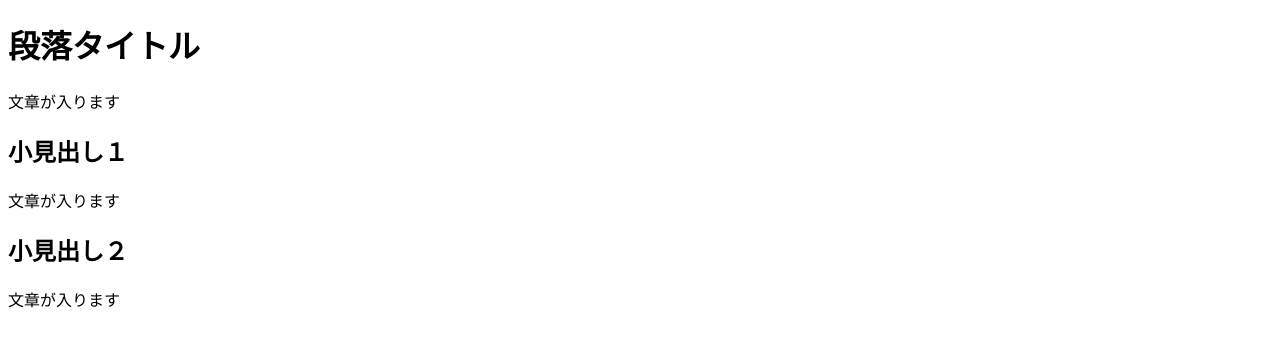
Repository: kaiono89/samurai_HTML-CSS
Page: index.html
The author's editor kept a record of every edit. The page is drawn from the files as they stood at one moment, then again after the next edit.
The browser window is 1280 px wide. The pictures show the whole page.

Above is the page before.

### index.html
<!DOCTYPE html>
<html lang="ja">
<head>
  <meta charset="UTF-8">
  <title>HTML/CSSの学習</title>
</head>
<body>
  <h1 class="blue">段落タイトル</h1>
  <p>文章が入ります</p>
  <h2 class="blue">小見出し１</h2>
  <p class="fs-25">
    文章が入ります
  </p>
  <h2 id="red">小見出し２ </h2>
  <p class="fw-bold">
    文章が入ります
  </p>
</body>
</html>

### stylesheet.css
@charset "utf-8";

body {
	margin: 0;
	padding: 0;
	font-family: "ヒラギノ角ゴ Pro W3", "Hiragino Kaku Gothic Pro", "メイリオ", Meiryo, Osaka, "ＭＳ Ｐゴシック", "MS PGothic", sans-serif;
	color: #333;
	font-size: 13px;
	line-height: 150%;
}

/* -------------------- wrapper -------------------- */
#wrapper {
	width: 100%;
	margin: auto;
	padding: 0px;
	border: 0px;
	background-color: #FFF;
	top: 10px;
}

/* -------------------- header -------------------- */
#header {
	width: 100%;
}
#header h1 {
	margin: 0;
	padding: 0;
}

#corridor {
	width: 100%;
	height: auto;
}

/* -------------------- footer -------------------- */
#footer {
	clear: both;
	width: 100%;
	padding: 3px 0 3px 0;
	background: #39F;
	color: #FFF;
	font-weight: bold;
	text-align: center;
}

/* -------------------- nav -------------------- */
#nav {
	width: 100%;
}
#nav ul {
	margin: 0;
	padding: 0;
	list-style-type: none;
}
#nav ul li {
	float: left;
	width: 20%;
	text-align: center;
}
#nav ul li a {
	display: block;
	height: 20px;
	margin: 0;
	padding: 10px;
	color: #FFF;
	font-size: 20px;
	text-decoration: none;
	background-color: green;
}


/* -------------------- container -------------------- */
#container {
	width: 100%;
	margin: auto ;
	padding: auto;
	padding-top: 20px;
	clear: both;
}
/* -------------------- main -------------------- */
#main {
	float: left;
	width: 60%;
	padding: 10px 30px 10px 10px;
}
#main h2 {
	margin: 0 0 10px 0;
	padding: 3px 10px 3px 10px;
	color: #FFF;
	font-size: 16px;
	border-left: solid 10px #C00;
	background: #F90 url(../images/main_h2.jpg) right top repeat-y;
}
#main p {
	margin: 0;
	padding: 0;
}
#main .post {
	margin: 0 0 30px 0;
}

#main .post img.right {
	margin: 0 0 0 8px;
}
#main .post img.left {
	margin: 0 8px 0 0;
}

.right {
	float: right;
	width: 40%;
	height: auto;
}
.left {
	float: left;
	width: 40%;
	height: auto;
}

/* -------------------- clearfix -------------------- */
.clearfix {
	zoom: 1;
}
.clearfix:after{
	content: "";
	display: block;
	clear: both;
}

/* -------------------- side -------------------- */
#side {
	float: right;
	width: 30%;
	padding: 20px;
	background-color: #F99;
}
#side .box {
	margin: 0 auto 30px auto;
	padding: 0 0 20px 0;
	background: url(images/side_box.png) bottom no-repeat;
}
#side .box h2 {
	margin: 0;
	padding: 8px;
	text-align: center;
	color: #fff;
	font-size: 16px;
	line-height: 16px;
	font-weight: normal;
	background: url(images/side_box_h2.png) center no-repeat;
}
#side .box .boxBody {
	padding: 8px;
	border-right: solid 1px #C36;
	border-bottom: solid 1px #C36;
	border-left: solid 1px #C36;
	background: #fff;
}

#side .box .boxBody ul {
	margin: 0 0 16px 0;
	padding: 0;
}
#side .box .boxBody ul li {
	padding: 8px 0 8px 4px;
	list-style: none;
	border-bottom: solid 1px #C36;
}

After the next edit:
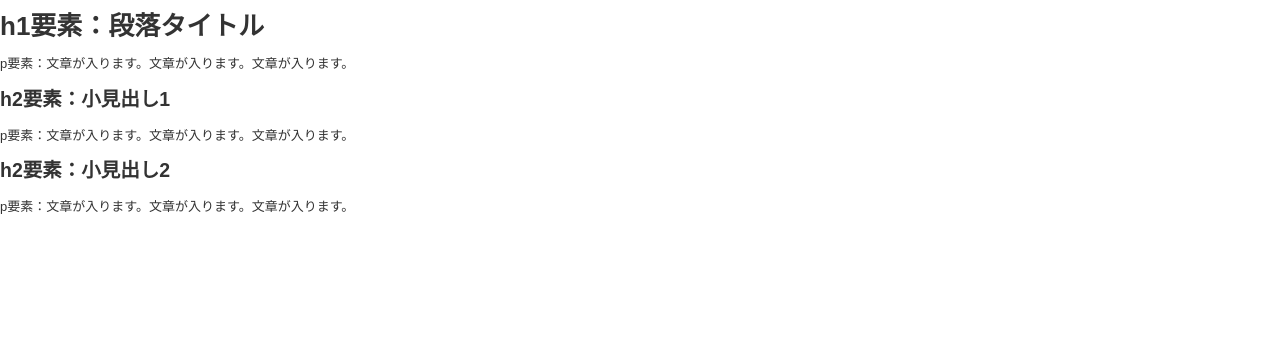
The edit:
--- a/index.html
+++ b/index.html
@@ -1,19 +1,20 @@
 <!DOCTYPE html>
 <html lang="ja">
-<head>
-  <meta charset="UTF-8">
-  <title>HTML/CSSの学習</title>
-</head>
-<body>
-  <h1 class="blue">段落タイトル</h1>
-  <p>文章が入ります</p>
-  <h2 class="blue">小見出し１</h2>
-  <p class="fs-25">
-    文章が入ります
-  </p>
-  <h2 id="red">小見出し２ </h2>
-  <p class="fw-bold">
-    文章が入ります
-  </p>
-</body>
-</html>
+  <head>
+    <meta charset="UTF-8">
+    <title>HTML/CSSの学習</title>
+    <link rel="stylesheet" href="stylesheet.css">
+  </head>
+  <body>
+    <h1 class="blue">h1要素：段落タイトル</h1>
+    <p>p要素：文章が入ります。文章が入ります。文章が入ります。</p>
+    <h2 class="blue">h2要素：小見出し1</h2>
+    <p class="fs-25">
+      p要素：文章が入ります。文章が入ります。文章が入ります。
+    </p>
+    <h2 id="red">h2要素：小見出し2</h2>
+    <p class="fw-bold">
+      p要素：文章が入ります。文章が入ります。文章が入ります。
+    </p>
+  </body>
+ </html>
